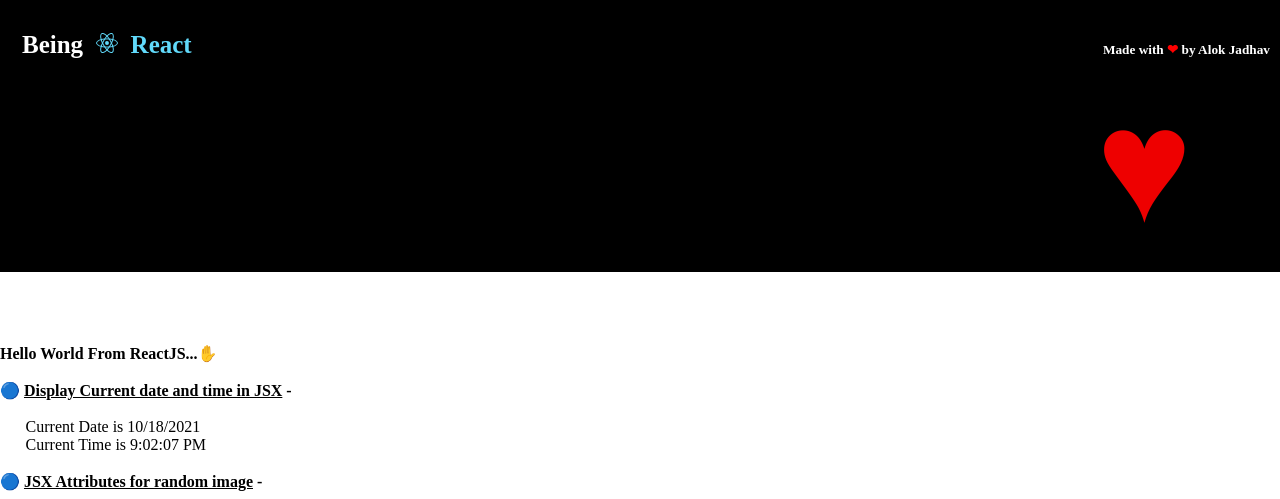
Repository: AalokJadhav/Being_ReactJS
Page: /
The author's editor kept a copy of each file at every save. The page is drawn from the files as they stood at one save, then again after the next save.
The browser window is 1280 px wide. The pictures show the part of the page from y = 0 to 499 px (the page is 2272 px tall before and 2262 px after).
Pictures or frames that could not be fetched are drawn as grey boxes. Some web fonts or font styles are not loaded; a fallback is used. The project was rebuilt for these pictures with package versions that can differ from the ones it lists, and the page was loaded fresh each time.

Above is the page before, as saved 2021-10-18 21:26:39.

### public/index.html
<!DOCTYPE html>
<html lang="en">

<head>
  <meta charset="utf-8" />
  <link rel="icon" href="%PUBLIC_URL%/favicon.ico" />
  <meta name="viewport" content="width=device-width, initial-scale=1" />
  <meta name="theme-color" content="#000000" />
  <meta name="description" content="Web site created using create-react-app" />
  <link rel="apple-touch-icon" href="%PUBLIC_URL%/logo192.png" />
  <!--
      manifest.json provides metadata used when your web app is installed on a
      user's mobile device or desktop. See https://developers.google.com/web/fundamentals/web-app-manifest/
    -->
  <link rel="manifest" href="%PUBLIC_URL%/manifest.json" />
  <link rel="preconnect" href="https://fonts.googleapis.com">
  <link rel="preconnect" href="https://fonts.gstatic.com" crossorigin>
  <link rel="preconnect" href="https://fonts.googleapis.com">
  <link rel="preconnect" href="https://fonts.gstatic.com" crossorigin>
  <link href="https://fonts.googleapis.com/css2?family=Festive&display=swap" rel="stylesheet">
    <!--
      Notice the use of %PUBLIC_URL% in the tags above.
      It will be replaced with the URL of the `public` folder during the build.
      Only files inside the `public` folder can be referenced from the HTML.

      Unlike "/favicon.ico" or "favicon.ico", "%PUBLIC_URL%/favicon.ico" will
      work correctly both with client-side routing and a non-root public URL.
      Learn how to configure a non-root public URL by running `npm run build`.
    -->
  <title>Being React</title>
</head>

<body>
  <noscript>You need to enable JavaScript to run this app.</noscript>
  <div id="root"></div>
  <!--
      This HTML file is a template.
      If you open it directly in the browser, you will see an empty page.

      You can add webfonts, meta tags, or analytics to this file.
      The build step will place the bundled scripts into the <body> tag.

      To begin the development, run `npm start` or `yarn start`.
      To create a production bundle, use `npm run build` or `yarn build`.
    -->
</body>

</html>

### src/index.js
// var React = require ('react');
// var ReactDom = require ('react-dom');

import React from 'react';
import ReactDom from 'react-dom';
import './index.css';
import App from './App';


ReactDom.render(<App />, document.getElementById('root'));

### src/index.css

*{margin: 0; padding: 0; box-sizing: border-box;};


.h3 {
  padding-left: 1%;
}
/* Style the header with a grey background and some padding */
.header {
  overflow: hidden;
  background-color: black;
  padding: 20px 10px;
}

/* Style the header links */
.header a {
  float: left;
  color: #fff;
  text-align: center;
  padding: 12px;
  text-decoration: none;
  font-size: 18px;
  line-height: 25px;
  border-radius: 4px;
}

/* Style the logo link (notice that we set the same value of line-height and font-size to prevent the header to increase when the font gets bigger */
.header a.logo {
  font-size: 25px;
  font-weight: bold;
  font-family: cursive;
  color: #61dafb;
}

/* Style the active/current link*/
.active {
  line-height: 60px;
}

/* Float the link section to the right */
.header-right {
  float: right;
}

.heart {
	font-size: 150px;
	color: #e00;
	animation: beat .25s infinite alternate;
	transform-origin: center;
}

/* Heart beat animation */
@keyframes beat{
	to { transform: scale(1.4); }
}

.googlefont {
  font-family: 'Festive', cursive;
}
/* Add media queries for responsiveness - when the screen is 500px wide or less, stack the links on top of each other */
@media screen and (max-width: 500px) {
  .header a {
    float: none;
    display: block;
    text-align: left;
  }
  .header-right {
    float: none;
  }
}

.img_div img{
  width: 33%;
  height: 5%;
  margin: auto;
  padding-left: 2%;
}

.content {
  padding-left: 2%;
}

.challenge1 {
  background-color: rgb(137, 191, 212);
  width: 40%;
  height: 20vh;
  display: flex;
  justify-content: center;
  align-items: center;
  margin-top: -0px;
  margin-left: 25px;
  border-radius: 20px;
}

.heading_style  {
  padding: 30px 0;
  text-align: center;
  font-family: "Raleway", sans-serif;
  text-transform: uppercase;
  font-size: 13px;
  letter-spacing: 2px;
  font-weight: 5000;
  color: red;
  background-color: black;
  font-size: 1.rem;
  margin-bottom: -50px;
}

.cards {
  width: 100%;
  height: auto;
}

.card {
  margin: 6%;
  transition: all 0.4s cubic-bezier(0.175, 0.885, 0, 1);
  width: 21.25%;
  border-radius: 12px;
  background-color: red;
  box-shadow: 0px 13px 10px -7px rgb(0, 0, 0, 0.1);
  float: left;
}

.card:hover {
  box-shadow: 0px 30px 18px  -8px  rgb(0, 0, 0, 0.1);
  transform: scale(1.05, 1.05);
  background-color: green;

}
.card__img {
  width: 100%;
  height: 300px;
  border-top-left-radius: 12px;
  border-top-right-radius: 12px;

}

.card__info {
  background-color: #fff;
  border-bottom-left-radius: 12px;
  border-bottom-left-radius: 12px;
  background-color: #fff;
}

.card__category {
  font-family: "Raleway", sans-serif;
  text-transform: uppercase;
  font-size: 13px;
  letter-spacing: 2px;
  font-weight: 500;
  color: #868686;
  background-color: #fff;


}

.card__title {
  margin-top: 5px;
  margin-bottom: 10px;
  text-transform: capitalize;
  font-family: "Raleway", sans-serif;
  background-color: #fff;

}

button {
  padding: 5px 8px;
  font-family: "Raleway", sans-serif;
  text-transform: uppercase;
  font-size: 13px;
  letter-spacing: 2px;
  font-weight: 1000;
  color: red;
  background-color: #fff;
  outline: none;
  border: 1px solid black;
  cursor: pointer;
}

### src/App.js
import React from "react";
import './index.css';

import Navbar from './Header'
import List from "./List";
import CurrentDate from "./CurrentDate";
import RandomImages from "./RandomImages";
import InlineCss from "./InlineCss";
import SimpleGreeting from './SimpleGreeting';
import GoogleFont from "./GoogleFont";
import RComponents from "./RComponents";
import NetflixCard from "./NetflixCard";

<>

</>

function App() {

  return (
    <>
      <Navbar /><br /><br /><br /><br />
      <h4>Hello  World From ReactJS...✋</h4><br />
      <CurrentDate />
      <RandomImages />
      <InlineCss /> <br />
      <GoogleFont />
      <SimpleGreeting />
      <List />
      <RComponents />
      <NetflixCard />
    </>
  );
}



export default App;


//In Pure JavaScript
var h3 = document.createElement('h3');
h3.innerHTML = 'Hello  World From Pure JavaScript...❤❤❤';
document.getElementById('root').appendChild(h3);

### src/Header.jsx
import React from "react";




function Navbar() {

  return (
    <>
    <div className="header">
        <a href="#default" className="logo"><span style={{ color: 'white'}}>Being</span> &nbsp;
        <img src="data:[embedded picture, 514 characters]" alt="" height="20"  />
           &nbsp; React</a>
      <div className="header-right">
        <h5 className="active" href="#home" style={{ color: 'white'}}>Made with <span style={{ color: 'red'}}>❤</span> by Alok Jadhav</h5>
        <div class="heart">&#x2665;</div>
      </div>
      </div>
    </>
  );
}
export default Navbar;

### src/List.jsx
import React from "react";
import './index.css';
import Title from "./Title";

function List() {
  return (
    <>
          <Title />
          <div className="content">

      <ol>
        <li>Stranger Things</li>
        <li>Dark</li>
        <li>Money Heiest</li>
        <li>Elite</li>
        <li>Ozark</li>
      </ol>
    </div>
    <br />
    </>
  );
}

export default List;

### src/CurrentDate.jsx
import React from "react";


const fullDate = new Date();
const date = fullDate.toLocaleDateString();
const time = fullDate.toLocaleTimeString();


function CurrentDate() {
    return (
        <>
        <h4>🔵 <u>Display Current date and time in JSX</u> -</h4><br />
        <div className="content">
          <p>Current Date is {`${date}`} </p>
          <p>Current Time is {`${time} `} </p>
        </div>
        <br />
        </>
    );
  }

export default CurrentDate;

### src/RandomImages.jsx
import React from "react";
import './index.css';

const RandomImgUrl = 'https://picsum.photos/2000';
const RandomImgUrl1 = 'https://picsum.photos/900';
const RandomImgUrl2 = 'https://picsum.photos/800';

function RandomImages() {
  return (
    <>
    <h4>🔵 <u>JSX Attributes for random image</u> -</h4><br />
  <div className="img_div">
    <img src={RandomImgUrl} alt='random image1' />
    <img src={RandomImgUrl1} alt='random image2' />
    <img src={RandomImgUrl2} alt='random image3' />
  </div>
  <br />
  </>
  );
}

export default RandomImages;

### src/InlineCss.jsx
function InlineCss() {
    return (
        <>
            <h4 >🔵 <u>Inline or Internal CSS Styling</u> -</h4><br/>
            <div className="content">
            <h3>Being <span style={{ color: '#61dafb', fontFamily: 'serif' }}>ReactJs</span> </h3>
            </div>
        </>
    )
}

export default InlineCss;

### src/SimpleGreeting.jsx
const CurrDate = new Date(2021, 14, 10, 9);
const hour = CurrDate.getHours();
let greeting = '';

const cssStyle = {}

if (hour >= 1 && hour < 12) {
    greeting = 'Good Mooring..🙂';
    cssStyle.color = 'green';
} else if (hour >= 12 && hour < 19) {
    greeting = 'Good Afternoon..🙄';
    cssStyle.color = 'orange';
} else {
    greeting = 'Good Night..😴';
}

function SimpleGreeting() {
    return (
        <>
            <h4>🔵 <u>Challenge</u> - As Timeline change the expression of farewell (ie.Good Morning/Afternoon/Night)</h4><br />
            <div className="challenge1">
                <h1>Hello World...<span style={cssStyle}> {greeting}</span></h1>
            </div>
            <br />
        </>
    )
}

export default SimpleGreeting;

### src/GoogleFont.jsx
import React from "react";
import './index.css';


function GoogleFont() {
  return (
    <>
    <h4>🔵 <u>How to use Google Font</u> -  see font link in index.html </h4><br/>
  <div className="content">
    <h4 className="googlefont">Use Google font in React </h4>
  </div>
  <br />
  </>
  );
}

export default GoogleFont;

### src/RComponents.jsx
import React from 'react';
import Title from './Title';
import AllCharacter from './AllCharacter';

function RComponents() {
    return (
        <>
            <h4>🔵 <u>React Components</u> - Seprate Piece of code into Components</h4><br />
            <Title />
            <br />
            <AllCharacter />
            <br />
        </>
    )
}

export default RComponents;

### src/NetflixCard.jsx
import React from "react";
import Card from "./Card";
import Sdata from "./Sdata";

function NetflixCard() {

    return (
        <>
            <h4>🔵 <u>Props & Array with Map Arrow Function</u> - Netflix Card</h4><br />
            <h1 className="heading_style" >Netflix Favorite  Series</h1>
            {Sdata.map((val) => {
                return (
                    <Card
                        key={val.id}
                        imgsrc={val.imgsrc}
                        title={val.title}
                        sname={val.sname}
                        link={val.link} />
                )
            })
            }
        </>
    )
}

export default NetflixCard;

### src/Title.jsx
import React from "react";


function Title() {
    return (
        <div className="content">
            <h5>Netflix Top Series</h5>
        </div>

    )
}



export default Title;

### src/AllCharacter.jsx
// import { FullName } from './FullName';



const Characters = ['Ross', 'Rachel', 'Monica', 'Joey', 'Chandler', 'Phoebe'];
const AllCharacters = [];

let name = 'Alok Jadhav';
const Myname = name

Characters.forEach(function (data) {
  AllCharacters.push(<li>{data}</li>);
});

function AllCharacter() {
  return (
    <>
      <h4>🔵 <u>ES6 Modules, function Import Export</u> - </h4><br />
      <div className="content">
        <h3>F.R.I.E.N.D.S Characters</h3>
        <ol className="content">
          <li>{AllCharacters}</li>
        </ol>
        <br />
        <h3>{Myname}</h3>
      </div>
    </>
  )
}

export default AllCharacter;

### src/Card.jsx


function Card(Props) {
    return (
      <>
        <div className="cards">
          <div className="card">
            <img src={Props.imgsrc} alt="friends" className="card__img"  />
            <div className="card__info">
              <span className="card__category">{Props.title}</span>
              <h3 className="card__title">{Props.Sname}</h3>
              <a href={Props.link} target="_blank" rel="noreferrer">
                <button>Watch Now</button>
              </a>
            </div>
          </div>
        </div>
      </>
    )
  }

  export default Card;

### src/Sdata.jsx
const Sdata = [
  {
    id: 1,
    imgsrc:
      "http://cdn.shopify.com/s/files/1/0151/0741/products/pg1004_1024x1024.jpg?v :1578633269",
    title: "A Netflix Series",
    sname: "F.R.I.E.N.D.S",
    link: "https://www.netflix.com/in/title/70153404",
  },
  {
    id: 2,
    imgsrc: "https://wallpapercave.com/wp/wp4056407.jpg",
    title: "A Netflix Series",
    sname: "Dark",
    link: "https://www.netflix.com/in/title/80100172",
  },
  {
    id: 3,
    imgsrc: "https://wallpapercave.com/wp/wp1839578.jpg",
    title: "A Netflix Series",
    sname: "Stranger Things",
    link: "https://www.netflix.com/in/title/80057281",
  },
];

export default Sdata;

After the next save:
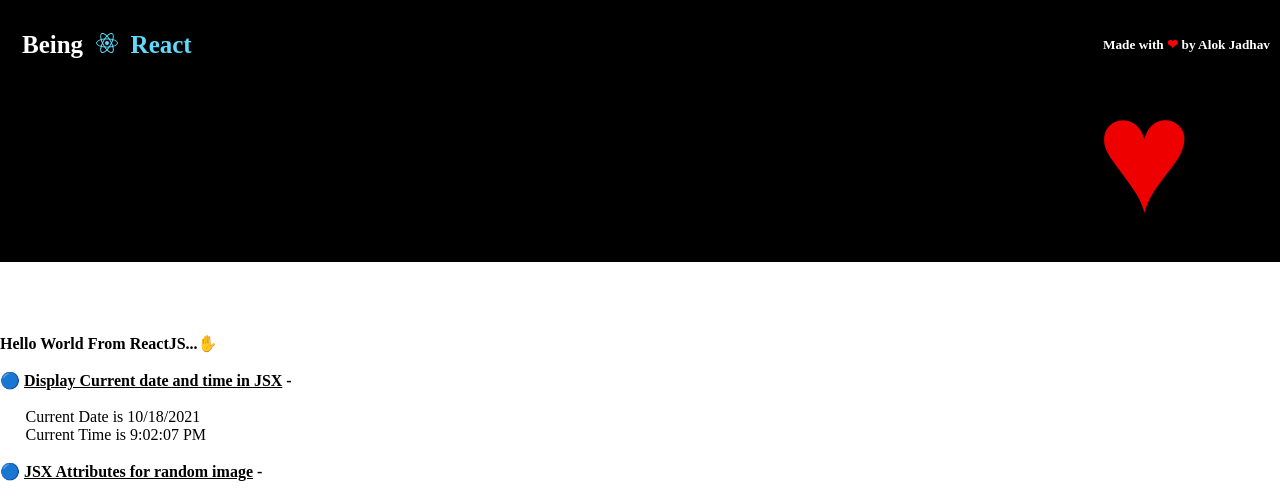
Saved 50 s later.
--- a/src/index.css
+++ b/src/index.css
@@ -34,7 +34,7 @@
 
 /* Style the active/current link*/
 .active {
-  line-height: 60px;
+  line-height: 50px;
 }
 
 /* Float the link section to the right */
